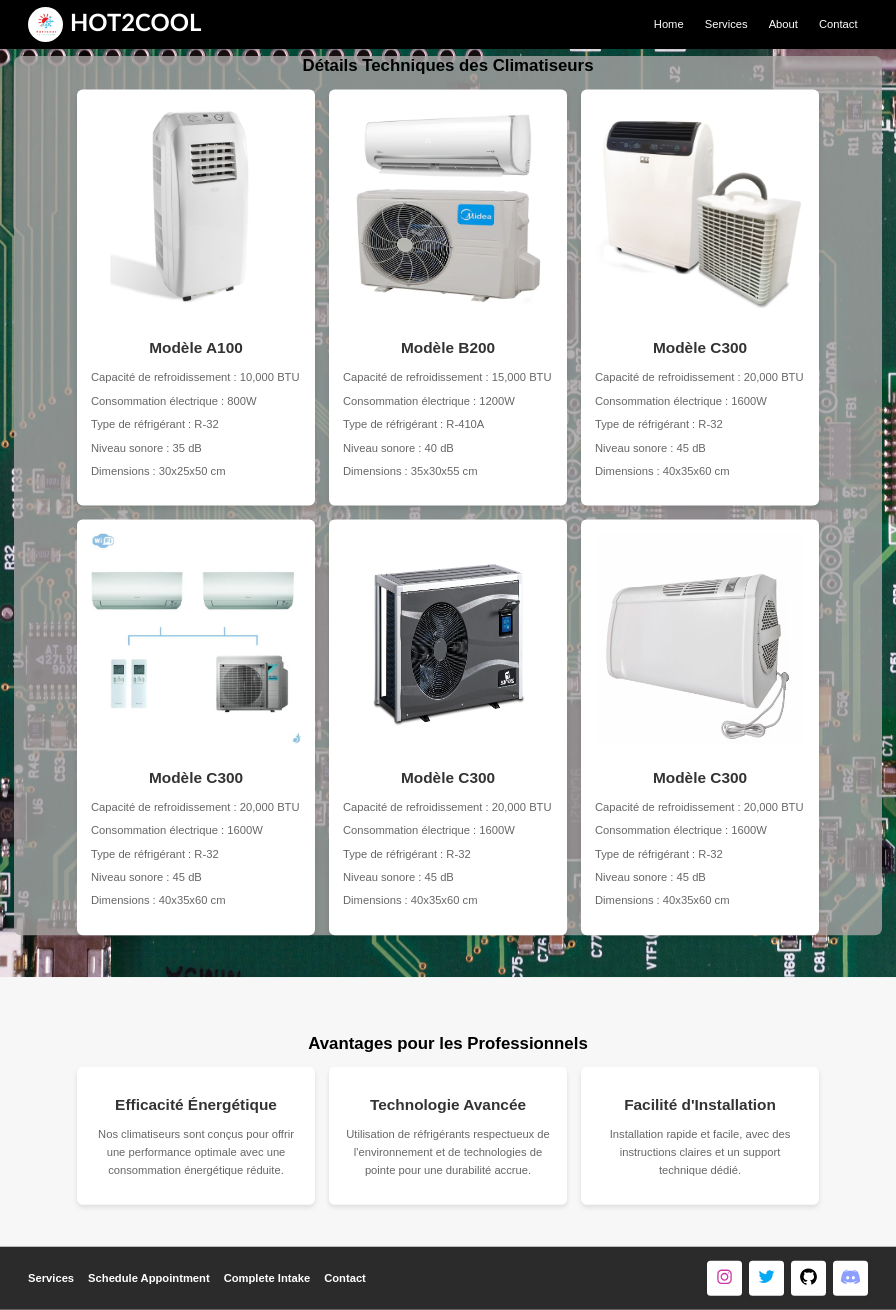
Repository: kadel237/hot2cool
Page: tech.html
The author's editor kept a copy of each file at every save. The page is drawn from the files as they stood at one save, then again after the next save.
The browser window is 1280 px wide. The pictures show the whole page, at 70% of full size.

Above is the page before, as saved 2024-07-04 00:31:29.

### tech.html
<!DOCTYPE html>
<html lang="fr">
  <head>
    <meta charset="UTF-8" />
    <meta name="viewport" content="width=device-width, initial-scale=1.0" />
    <title>Hot2Cool - Détails Techniques</title>
    <link rel="stylesheet" href="tech.css" />
  </head>
  <body>
    <header>
      <div class="container">
        <h1><img src="./logo.jpg" alt="Logo" class="logo" />HOT2COOL</h1>
        <nav>
          <ul>
            <li><a href="./index.html">Home</a></li>
            <li class="dropdown">
              <a href="#services">Services</a>
              <ul class="dropdown-content">
                <li class="dropdown-submenu">
                  <a href="#particuliers">Pour les particuliers</a>
                  <ul class="dropdown-submenu-content">
                    <li><a href="./ofDuMo.html">Offres du moment</a></li>
                    <li><a href="#products">Nos services sur mesure</a></li>
                  </ul>
                </li>
                <li class="dropdown-submenu">
                  <a href="#entreprises">Pour les entreprises</a>
                  <ul class="dropdown-submenu-content">
                    <li>
                      <a href="./tech.html#advantages"
                        >Ameliorez le confort de votre entreprise</a
                      >
                    </li>
                    <li>
                      <a href="./tech.html"
                        >pour les plus tech du monde de la fraicheur</a
                      >
                    </li>
                  </ul>
                </li>
              </ul>
            </li>
            <li><a href="#about-us">About</a></li>
            <li><a href="#contact">Contact</a></li>
          </ul>
        </nav>
      </div>
    </header>

    <main>
      <section class="technical-details">
        <div class="container">
          <h2>Détails Techniques des Climatiseurs</h2>
          <div class="technical-grid">
            <div class="technical-card">
              <img src="./mono-bloc.jpg" alt="Modèle A100" />
              <h3>Modèle A100</h3>
              <ul>
                <li>Capacité de refroidissement : 10,000 BTU</li>
                <li>Consommation électrique : 800W</li>
                <li>Type de réfrigérant : R-32</li>
                <li>Niveau sonore : 35 dB</li>
                <li>Dimensions : 30x25x50 cm</li>
              </ul>
            </div>
            <div class="technical-card">
              <img src="./split-fixe.webp" alt="Modèle A100" />
              <h3>Modèle B200</h3>
              <ul>
                <li>Capacité de refroidissement : 15,000 BTU</li>
                <li>Consommation électrique : 1200W</li>
                <li>Type de réfrigérant : R-410A</li>
                <li>Niveau sonore : 40 dB</li>
                <li>Dimensions : 35x30x55 cm</li>
              </ul>
            </div>
            <div class="technical-card">
              <img src="./split-mobile.jpg" alt="Modèle A100" />
              <h3>Modèle C300</h3>
              <ul>
                <li>Capacité de refroidissement : 20,000 BTU</li>
                <li>Consommation électrique : 1600W</li>
                <li>Type de réfrigérant : R-32</li>
                <li>Niveau sonore : 45 dB</li>
                <li>Dimensions : 40x35x60 cm</li>
              </ul>
            </div>
            <div class="technical-card">
              <img src="./bi-split.jpg" alt="Modèle A100" />
              <h3>Modèle C300</h3>
              <ul>
                <li>Capacité de refroidissement : 20,000 BTU</li>
                <li>Consommation électrique : 1600W</li>
                <li>Type de réfrigérant : R-32</li>
                <li>Niveau sonore : 45 dB</li>
                <li>Dimensions : 40x35x60 cm</li>
              </ul>
            </div>
            <div class="technical-card">
              <img src="./pompe à chaleur.png" alt="Modèle A100" />
              <h3>Modèle C300</h3>
              <ul>
                <li>Capacité de refroidissement : 20,000 BTU</li>
                <li>Consommation électrique : 1600W</li>
                <li>Type de réfrigérant : R-32</li>
                <li>Niveau sonore : 45 dB</li>
                <li>Dimensions : 40x35x60 cm</li>
              </ul>
            </div>
            <div class="technical-card">
              <img src="./monobloc-revertisseur.webp" alt="Modèle A100" />
              <h3>Modèle C300</h3>
              <ul>
                <li>Capacité de refroidissement : 20,000 BTU</li>
                <li>Consommation électrique : 1600W</li>
                <li>Type de réfrigérant : R-32</li>
                <li>Niveau sonore : 45 dB</li>
                <li>Dimensions : 40x35x60 cm</li>
              </ul>
            </div>
          </div>
        </div>
      </section>

      <section class="advantages" id="advantages">
        <div class="container">
          <h2>Avantages pour les Professionnels</h2>
          <div class="advantages-grid">
            <div class="advantage-card">
              <h3>Efficacité Énergétique</h3>
              <p>
                Nos climatiseurs sont conçus pour offrir une performance
                optimale avec une consommation énergétique réduite.
              </p>
            </div>
            <div class="advantage-card">
              <h3>Technologie Avancée</h3>
              <p>
                Utilisation de réfrigérants respectueux de l'environnement et de
                technologies de pointe pour une durabilité accrue.
              </p>
            </div>
            <div class="advantage-card">
              <h3>Facilité d'Installation</h3>
              <p>
                Installation rapide et facile, avec des instructions claires et
                un support technique dédié.
              </p>
            </div>
          </div>
        </div>
      </section>
    </main>

    <footer>
      <div class="container">
        <div class="footer-content">
          <div class="footer-nav">
            <ul>
              <li><a href="#services">Services</a></li>
              <li><a href="#schedule">Schedule Appointment</a></li>
              <li><a href="#intake">Complete Intake</a></li>
              <li><a href="#contact">Contact</a></li>
            </ul>
          </div>
          <div class="social-icons">
            <button class="card1">
              <svg
                class="instagram"
                fill-rule="nonzero"
                height="30px"
                width="30px"
                viewBox="0,0,256,256"
                xmlns="http://www.w3.org/2000/svg"
              >
                <g
                  style="mix-blend-mode: normal"
                  text-anchor="none"
                  font-size="none"
                  font-weight="none"
                  font-family="none"
                  stroke-dashoffset="0"
                  stroke-dasharray=""
                  stroke-miterlimit="10"
                  stroke-linejoin="miter"
                  stroke-linecap="butt"
                  stroke-width="1"
                  stroke="none"
                  fill-rule="nonzero"
                >
                  <g transform="scale(8,8)">
                    <path
                      d="M11.46875,5c-3.55078,0 -6.46875,2.91406 -6.46875,6.46875v9.0625c0,3.55078 2.91406,6.46875 6.46875,6.46875h9.0625c3.55078,0 6.46875,-2.91406 6.46875,-6.46875v-9.0625c0,-3.55078 -2.91406,-6.46875 -6.46875,-6.46875zM11.46875,7h9.0625c2.47266,0 4.46875,1.99609 4.46875,4.46875v9.0625c0,2.47266 -1.99609,4.46875 -4.46875,4.46875h-9.0625c-2.47266,0 -4.46875,-1.99609 -4.46875,-4.46875v-9.0625c0,-2.47266 1.99609,-4.46875 4.46875,-4.46875zM21.90625,9.1875c-0.50391,0 -0.90625,0.40234 -0.90625,0.90625c0,0.50391 0.40234,0.90625 0.90625,0.90625c0.50391,0 0.90625,-0.40234 0.90625,-0.90625c0,-0.50391 -0.40234,-0.90625 -0.90625,-0.90625zM16,10c-3.30078,0 -6,2.69922 -6,6c0,3.30078 2.69922,6 6,6c3.30078,0 6,-2.69922 6,-6c0,-3.30078 -2.69922,-6 -6,-6zM16,12c2.22266,0 4,1.77734 4,4c0,2.22266 -1.77734,4 -4,4c-2.22266,0 -4,-1.77734 -4,-4c0,-2.22266 1.77734,-4 4,-4z"
                    ></path>
                  </g>
                </g>
              </svg>
            </button>
            <button class="card2">
              <svg
                class="twitter"
                height="30px"
                width="30px"
                viewBox="0 0 48 48"
                xmlns="http://www.w3.org/2000/svg"
              >
                <path
                  d="M42,12.429c-1.323,0.586-2.746,0.977-4.247,1.162c1.526-0.906,2.7-2.351,3.251-4.058c-1.428,0.837-3.01,1.452-4.693,1.776C34.967,9.884,33.05,9,30.926,9c-4.08,0-7.387,3.278-7.387,7.32c0,0.572,0.067,1.129,0.193,1.67c-6.138-0.308-11.582-3.226-15.224-7.654c-0.64,1.082-1,2.349-1,3.686c0,2.541,1.301,4.778,3.285,6.096c-1.211-0.037-2.351-0.374-3.349-0.914c0,0.022,0,0.055,0,0.086c0,3.551,2.547,6.508,5.923,7.181c-0.617,0.169-1.269,0.263-1.941,0.263c-0.477,0-0.942-0.054-1.392-0.135c0.94,2.902,3.667,5.023,6.898,5.086c-2.528,1.96-5.712,3.134-9.174,3.134c-0.598,0-1.183-0.034-1.761-0.104C9.268,36.786,13.152,38,17.321,38c13.585,0,21.017-11.156,21.017-20.834c0-0.317-0.01-0.633-0.025-0.945C39.763,15.197,41.013,13.905,42,12.429"
                ></path>
              </svg>
            </button>
            <button class="card3">
              <svg
                class="github"
                height="30px"
                width="30px"
                viewBox="0 0 30 30"
                xmlns="http://www.w3.org/2000/svg"
              >
                <path
                  d="M15,3C8.373,3,3,8.373,3,15c0,5.623,3.872,10.328,9.092,11.63C12.036,26.468,12,26.28,12,26.047v-2.051 c-0.487,0-1.303,0-1.508,0c-0.821,0-1.551-0.353-1.905-1.009c-0.393-0.729-0.461-1.844-1.435-2.526 c-0.289-0.227-0.069-0.486,0.264-0.451c0.615,0.174,1.125,0.596,1.605,1.222c0.478,0.627,0.703,0.769,1.596,0.769 c0.433,0,1.081-0.025,1.691-0.121c0.328-0.833,0.895-1.6,1.588-1.962c-3.996-0.411-5.903-2.399-5.903-5.098 c0-1.162,0.495-2.286,1.336-3.233C9.053,10.647,8.706,8.73,9.435,8c1.798,0,2.885,1.166,3.146,1.481C13.477,9.174,14.461,9,15.495,9 c1.036,0,2.024,0.174,2.922,0.483C18.675,9.17,19.763,8,21.565,8c0.732,0.731,0.381,2.656,0.102,3.594 c0.836,0.945,1.328,2.066,1.328,3.226c0,2.697-1.904,4.684-5.894,5.097C18.199,20.49,19,22.1,19,23.313v2.734 c0,0.104-0.023,0.179-0.035,0.268C23.641,24.676,27,20.236,27,15C27,8.373,21.627,3,15,3z"
                ></path>
              </svg>
            </button>
            <button class="card4">
              <svg
                class="discord"
                xmlns="http://www.w3.org/2000/svg"
                viewBox="0 0 48 48"
                width="30px"
                height="30px"
              >
                <path
                  d="M40,12c0,0-4.585-3.588-10-4l-0.488,0.976C34.408,10.174,36.654,11.891,39,14c-4.045-2.065-8.039-4-15-4s-10.955,1.935-15,4c2.346-2.109,5.018-4.015,9.488-5.024L18,8c-5.681,0.537-10,4-10,4s-5.121,7.425-6,22c5.162,5.953,13,6,13,6l1.639-2.185C13.857,36.848,10.715,35.121,8,32c3.238,2.45,8.125,5,16,5s12.762-2.55,16-5c-2.715,3.121-5.857,4.848-8.639,5.815L33,40c0,0,7.838-0.047,13-6C45.121,19.425,40,12,40,12z M17.5,30c-1.933,0-3.5-1.791-3.5-4c0-2.209,1.567-4,3.5-4s3.5,1.791,3.5,4C21,28.209,19.433,30,17.5,30z M30.5,30c-1.933,0-3.5-1.791-3.5-4c0-2.209,1.567-4,3.5-4s3.5,1.791,3.5,4C34,28.209,32.433,30,30.5,30z"
                ></path>
              </svg>
            </button>
          </div>
        </div>
      </div>
    </footer>
  </body>
</html>

### tech.css
/* Basic Styles */
body,
html {
  margin: 0;
  padding: 0;
  font-family: Arial, sans-serif;
  color: #fff;
}

/* Header Styles */
header {
  background-color: black;
  padding: 10px 0;
  position: fixed;
  width: 100%;
  top: 0;
  z-index: 1000;
}

header .container {
  display: flex;
  justify-content: space-between;
  align-items: center;
  max-width: 1200px;
  margin: 0 auto;
  padding: 0 20px;
}

header h1 {
  margin: 0;
  font-size: 34px;
  font-family: "Gill Sans", "Gill Sans MT", Calibri, "Trebuchet MS", sans-serif;
}

header nav ul {
  list-style: none;
  margin: 0;
  padding: 0;
  display: flex;
  align-items: center;
}

header nav ul li {
  position: relative;
}

header nav ul li a {
  color: #fff;
  text-decoration: none;
  font-size: 16px;
  padding: 10px 15px;
  display: block;
}

header nav ul li a:hover {
  background-color: #444;
}

/* Dropdown Styles */
.dropdown-content {
  display: none;
  position: absolute;
  background-color: #333;
  min-width: 200px;
  box-shadow: 0px 8px 16px rgba(0, 0, 0, 0.2);
  z-index: 1;
  left: 0;
  top: 100%;
}

.dropdown-content a {
  color: #fff;
  padding: 12px 16px;
  text-decoration: none;
  display: block;
}

.dropdown-content a:hover {
  background-color: #444;
}

.dropdown:hover .dropdown-content {
  display: block;
}

/* Submenu Styles */
.dropdown-submenu {
  position: relative;
}

.dropdown-submenu .dropdown-submenu-content {
  display: none;
  position: absolute;
  top: 0;
  left: 100%;
  background-color: #333;
  min-width: 200px;
  box-shadow: 0px 8px 16px rgba(0, 0, 0, 0.2);
  z-index: 1;
}

.dropdown-submenu:hover .dropdown-submenu-content {
  display: block;
}

header nav ul li a::after {
  content: "";
  position: absolute;
  width: 0;
  height: 2px;
  display: block;
  margin-top: 5px;
  right: 0;
  background: #fff;
  transition: width 0.3s ease, right 0.3s ease;
}

header nav ul li a:hover::after {
  width: 100%;
  right: 0;
}

/* Dropdown Styles */
.dropdown-content {
  display: none;
  position: absolute;
  background-color: #333;
  min-width: 200px;
  box-shadow: 0px 8px 16px rgba(0, 0, 0, 0.2);
  z-index: 1;
  left: 0;
  top: 100%;
}

.dropdown-content a {
  color: #fff;
  padding: 12px 16px;
  text-decoration: none;
  display: block;
}

.dropdown-content a:hover {
  background-color: #444;
}
.logo {
  width: 50px; /* Ajustez la taille selon vos besoins */
  height: 50px; /* Ajustez la taille selon vos besoins */
  border-radius: 50%;
  margin-right: 10px; /* Ajoute un espace entre le logo et le texte */
  vertical-align: middle; /* Aligne verticalement avec le texte */
}
.dropdown:hover .dropdown-content {
  display: block;
}

/* Submenu Styles */
.dropdown-submenu {
  position: relative;
}

.dropdown-submenu .dropdown-content {
  top: 0;
  left: 100%;
  display: none; /* Ajouté pour masquer le sous-menu initialement */
}

.dropdown-submenu:hover .dropdown-content {
  display: block; /* Affiche le sous-menu au survol */
}

header nav ul li a::after {
  content: "";
  position: absolute;
  width: 0;
  height: 2px;
  display: block;
  margin-top: 5px;
  right: 0;
  background: #fff;
  transition: width 0.3s ease, right 0.3s ease;
}

header nav ul li a:hover::after {
  width: 100%;
  right: 0;
}
.technical-details {
  background-image: url("technical.jpg"); /* Remplacez par le chemin de votre image */
  background-size: cover; /* L'image couvre toute la section */
  background-repeat: no-repeat; /* Pas de répétition de l'image */
  background-position: center; /* Centre l'image */
  padding: 60px 0; /* Ajustez le padding selon vos besoins */
}
.technical-details .container {
  background: rgba(168, 164, 164, 0.8); /* Fond blanc avec opacité pour améliorer la lisibilité */
  padding: 20px;
  border-radius: 10px;
}

/* Styles for the Technical Details and Advantages Sections */
.technical-details,
.advantages {
  padding: 60px 0;
  background-color: #f7f7f7;
}

.technical-details .container,
.advantages .container {
  max-width: 1200px;
  margin: 0 auto;
  padding: 0 20px;
}

.technical-details h2,
.advantages h2 {
  text-align: center;
  color: #000;
  margin-bottom: 20px;
}

.technical-grid,
.advantages-grid {
  display: flex;
  flex-wrap: wrap;
  gap: 20px;
  justify-content: center;
}

.technical-card,
.advantage-card {
  background: #fff;
  border-radius: 8px;
  padding: 20px;
  box-shadow: 0 4px 8px rgba(0, 0, 0, 0.1);
  max-width: 300px;
  width: 100%;
  text-align: center;
}

.technical-card h3,
.advantage-card h3 {
  font-size: 22px;
  margin-bottom: 10px;
  color: #333;
}

.technical-card ul,
.advantage-card p {
  text-align: left;
  color: #666;
  font-size: 16px;
  line-height: 1.6;
}

.technical-card ul {
  list-style: none;
  padding: 0;
}

.technical-card ul li {
  margin-bottom: 8px;
}
.technical-card img {
  width: 100%;
  height: 300px;
  border-radius: 8px;
  margin-bottom: 10px;
}

.advantages-grid .advantage-card p {
  text-align: center;
}

footer {
  background-color: #333;
  color: #fff;
  padding: 20px 0;
}

.footer-content {
  display: flex;
  justify-content: space-between;
  align-items: flex-start;
  max-width: 1200px;
  margin: 0 auto;
  flex-wrap: wrap;
}

footer {
  background-color: #2b2b2b; /* Couleur de fond du footer */
  padding: 20px 0;
  text-align: center;
}

.footer-content {
  display: flex;
  justify-content: space-between;
  align-items: center;
  max-width: 1200px;
  margin: 0 auto;
  flex-wrap: wrap;
}

.footer-nav ul {
  list-style: none;
  padding: 0;
  margin: 0;
  display: flex;
  gap: 20px; /* Espace entre les éléments du menu */
}

.footer-nav ul li {
  margin: 0;
}

.footer-nav ul li a {
  color: #fff; /* Couleur du texte */
  text-decoration: none; /* Enlever la décoration des liens */
  font-size: 16px; /* Taille de la police */
  font-weight: bold; /* Épaisseur du texte */
}

.footer-nav ul li a:hover {
  color: #ddd; /* Couleur du texte au survol */
}

.social-icons {
  display: flex;
  gap: 10px; /* Espace entre les icônes des réseaux sociaux */
}

.card1,
.card2,
.card3,
.card4 {
  width: 50px;
  height: 50px;
  outline: none;
  border: none;
  background: white;
  border-radius: 5px;
  box-shadow: rgba(50, 50, 93, 0.25) 0px 2px 5px -1px,
    rgba(0, 0, 0, 0.3) 0px 1px 3px -1px;
  transition: 0.2s ease-in-out;
}

.instagram {
  fill: #cc39a4;
}

.twitter {
  fill: #03a9f4;
}

.github {
  fill: black;
}

.discord {
  fill: #8c9eff;
}

.card1:hover {
  cursor: pointer;
  transform: scale(1.1);
  background-color: #cc39a4;
  box-shadow: 1px 1px 0px #eeb1de, 2px 2px 0px #d365b6, 3px 3px 0px #d365b6,
    4px 4px 0px #d365b6, 5px 5px 0px #d365b6;
}

.card1:hover .instagram {
  fill: white;
}

.card2:hover {
  cursor: pointer;
  transform: scale(1.1);
  background-color: #03a9f4;
  box-shadow: 1px 1px 0px #a1defa, 2px 2px 0px #41bef8, 3px 3px 0px #41bef8,
    4px 4px 0px #41bef8, 5px 5px 0px #41bef8;
}

.card2:hover .twitter {
  fill: white;
}

.card3:hover {
  cursor: pointer;
  transform: scale(1.1);
  background-color: black;
  box-shadow: 1px 1px 0px rgb(124, 123, 123), 2px 2px 0px #333, 3px 3px 0px #333,
    4px 4px 0px #333, 5px 5px 0px #333;
}

.card3:hover .github {
  fill: white;
}

.card4:hover {
  cursor: pointer;
  transform: scale(1.1);
  background-color: #8c9eff;
  box-shadow: 1px 1px 0px #bdc2e2, 2px 2px 0px #9ca6e0, 3px 3px 0px #9ca6e0,
    4px 4px 0px #9ca6e0, 5px 5px 0px #9ca6e0;
}

.card4:hover .discord {
  fill: white;
}

.footer-bottom {
  text-align: center;
  padding: 10px 0;
  background-color: #222;
  color: #aaa;
}

.footer-bottom p {
  margin: 0;
  font-size: 14px;
}

After the next save:
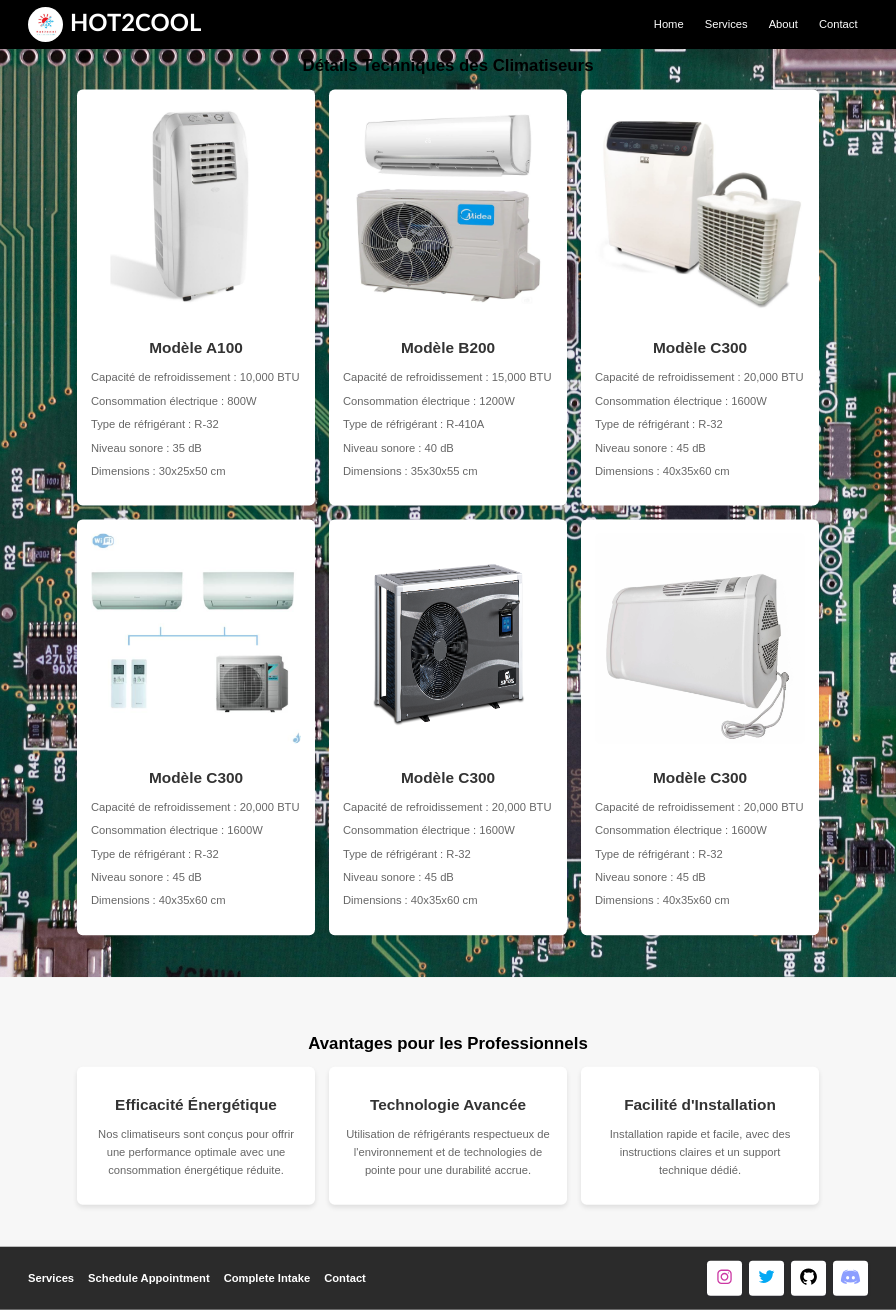
Saved 36 s later.
--- a/tech.css
+++ b/tech.css
@@ -190,11 +190,6 @@
   background-repeat: no-repeat; /* Pas de répétition de l'image */
   background-position: center; /* Centre l'image */
   padding: 60px 0; /* Ajustez le padding selon vos besoins */
-}
-.technical-details .container {
-  background: rgba(168, 164, 164, 0.8); /* Fond blanc avec opacité pour améliorer la lisibilité */
-  padding: 20px;
-  border-radius: 10px;
 }
 
 /* Styles for the Technical Details and Advantages Sections */
